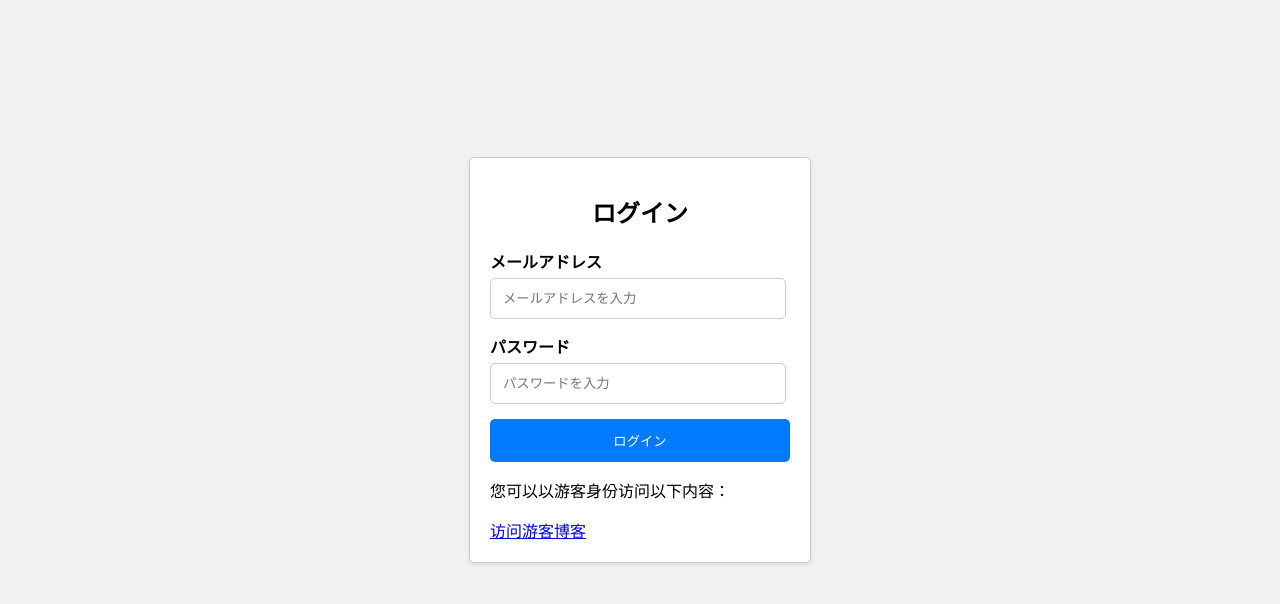
Repository: Jutta197/blog_0815
Page: src/main/resources/static/admin_login.html
The author's editor kept a copy of each file at every save. The page is drawn from the files as they stood at one save, then again after the next save.
The browser window is 1280 px wide. The pictures show the whole page.

Above is the page before, as saved 2023-08-15 12:37:40.

### src/main/resources/static/admin_login.html
<!DOCTYPE html>
<html lang="ja">

<head>
    <meta charset="UTF-8">
    <meta name="viewport" content="width=device-width, initial-scale=1.0">
    <title>ログイン</title>
    <link rel="stylesheet" href="login.css">
</head>

<body>
    <div class="container">
        <form action="" method="post">
            <h1>ログイン</h1>
            <label for="email">メールアドレス</label>
            <input type="text" id="email" name="email" placeholder="メールアドレスを入力" required>
            <label for="password">パスワード</label>
            <input type="password" id="password" name="password" placeholder="パスワードを入力">
            <input type="submit" value="ログイン" id="submit-button">
        </form>
        <div>
            <p>您可以以游客身份访问以下内容：</p>
            <a href="/guest-blog">访问游客博客</a>
        </div>
    </div>
</body>

</html>

### src/main/resources/static/login.css
body {
    font-family: Arial, sans-serif;
    background-color: #f2f2f2;
    margin: 0;
    padding: 0;
    display: flex;
    justify-content: center;
    align-items: center;
    min-height: 100vh;
}

.container {
    background-color: #fff;
    padding: 20px;
    border-radius: 5px;
    box-shadow: 0 2px 4px rgba(0, 0, 0, 0.1);
    border: 1px solid #ccc;
    width: 300px;
}

.container h1 {
    font-size: 24px;
    margin-bottom: 20px;
    text-align: center;
}

label {
    display: block;
    font-weight: bold;
    margin-bottom: 5px;
}

input[type="text"],
input[type="password"] {
    width: 90%;
    padding: 12px;
    margin-bottom: 15px;
    border: 1px solid #ccc;
    border-radius: 5px;
    outline: none;
    transition: border-color 0.3s;
}

input[type="text"]:focus,
input[type="password"]:focus {
    border-color: #007bff;
}

#submit-button {
    background-color: #007bff;
    color: #fff;
    border: none;
    padding: 12px 20px;
    border-radius: 5px;
    cursor: pointer;
    width: 100%;
    transition: background-color 0.3s;
}

#submit-button:hover {
    background-color: #0056b3;
}

After the next save:
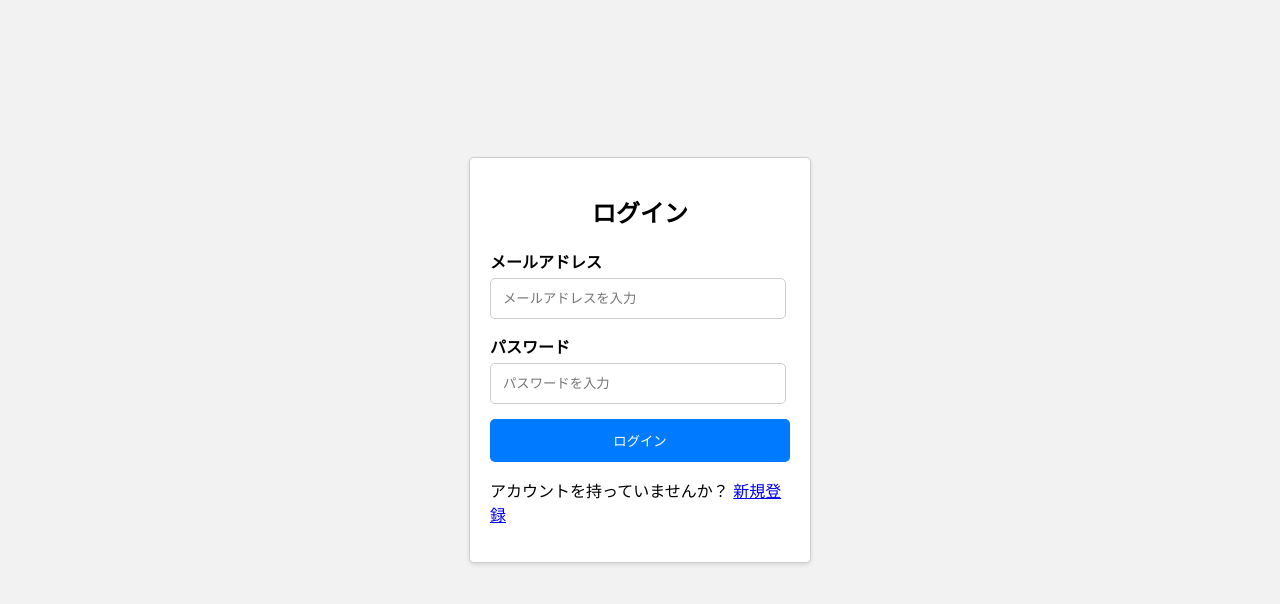
Saved 63 s later.
--- a/src/main/resources/static/admin_login.html
+++ b/src/main/resources/static/admin_login.html
@@ -18,11 +18,11 @@
             <input type="password" id="password" name="password" placeholder="パスワードを入力">
             <input type="submit" value="ログイン" id="submit-button">
         </form>
-        <div>
-            <p>您可以以游客身份访问以下内容：</p>
-            <a href="/guest-blog">访问游客博客</a>
+        <div class="signup-link">
+            <p class="mb-0">アカウントを持っていませんか？ <a href="#!" class="text-white-50 fw-bold">新規登録</a></p>
         </div>
     </div>
+
 </body>
 
 </html>
